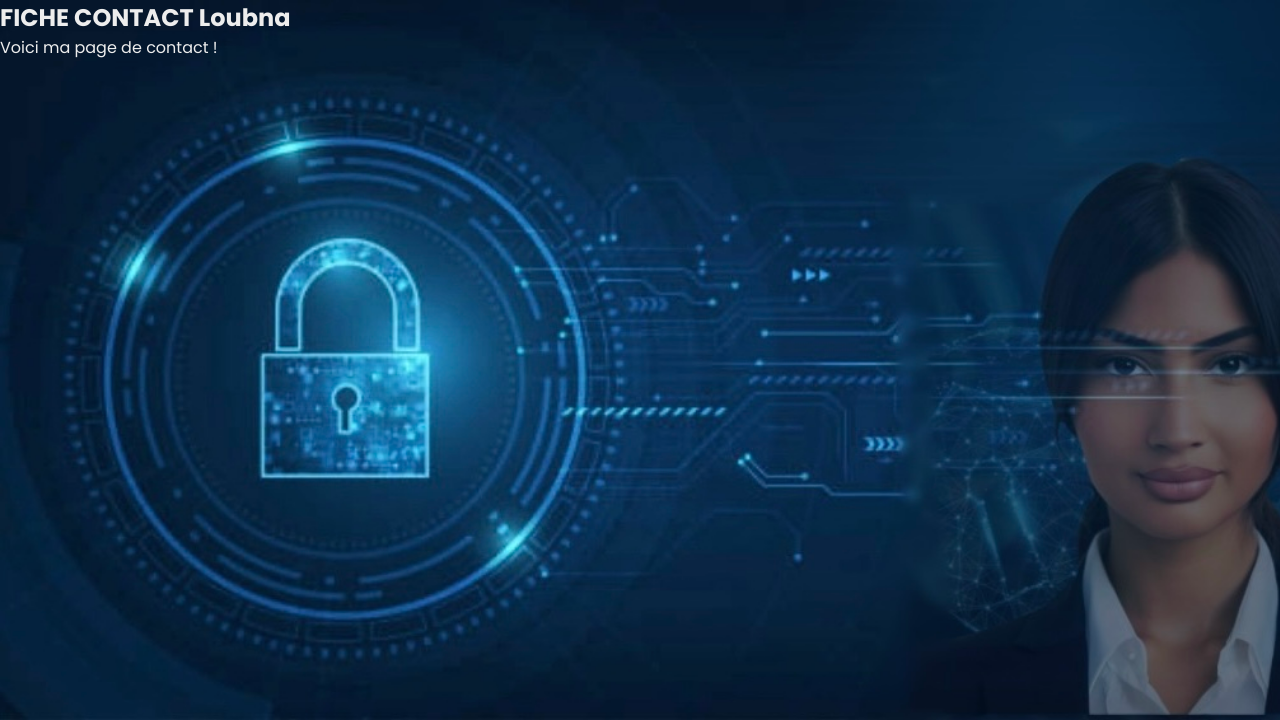
Repository: Loubna77290/Portfolio-de-Loubna
Page: contact.html
The author's editor kept a copy of each file at every save. The page is drawn from the files as they stood at one save, then again after the next save.
The browser window is 1280 px wide. The pictures show the whole page.

Above is the page before, as saved 2025-03-09 23:27:02.

### contact.html
<!DOCTYPE html>
<html lang="en">
<head>
    <meta charset="UTF-8">
    <meta name="viewport" content="width=device-width, initial-scale=1.0">
    <title>Fiche contact</title>
    <link rel="stylesheet" href="style.css">
</head>
<body>
    <section class="contact-background">
        <div class="contact-contenu">
        <h1>FICHE CONTACT Loubna</h1>
        <p>Voici ma page de contact !</p>
    </div>
    </section>

</body>
</html>

### style.css
@import url('https://fonts.googleapis.com/css2?family=Poppins:wght@300;400;500;600;700;800;900&display=swap');

* {
    margin: 0;
    padding: 0;
    box-sizing: border-box;
    font-family: 'Poppins', sans-serif;

}

body {
    background: #081b29;
    color: #ededed;

}

.header {
    position:fixed;
    top: 0;
    left:0;
    width: 100%;
    padding: 20px 10px;
    background: transparent;
    display: flex;
    justify-content: space-between;
    align-items: center;
    z-index: 100;
}


.logo {
    position: relative;
    margin-left: 30px;
    font-size: 25px;
    color: #ededed;
    text-decoration: none;
    font-weight: 600;

}

.logo::before {
    content: '';
    position: absolute;
    top: 0;
    right: 0;
    width: 100%;
    height: 100%;
    background: #081b29b6;
    animation: showRight 1s ease forwards;
    animation-delay: .4s;;
}

.navbar a {
    font-size: 18px;
    color: #ededed;
    text-decoration: none;
    font-weight: 500;
    margin-right: 60px;
    justify-content: flex-end;
    transition: .3s;

}

.navbar a:hover,
.navbar a.active {
    color: #00abf0;

}

.accueil {
    height: 100vh;
    background: url(./IMG_7408.jpg) no-repeat center center;
    background-size: cover;
    display: flex;
    align-items: center;
    padding: 0 10%;
}

.accueil-contenu {
    background: transparent;
    max-width: 600px;


    }

.accueil-contenu h2 {
    font-size: 45px;
    font-weight: 700;
    line-height: 1.2;
    white-space: nowrap;
}

.accueil-contenu h2::before {
    content: '';
    position: absolute;
    top: 0;
    right: 0;
    width: 100%;
    height: 100%;
    background: #081b29;
    animation: showRight 1s ease forwards;
    animation-delay: 1s;
}

.accueil-contenu h3 {
    font-size: 30px;
    font-weight: 600;
    color: #0ff;

}

.accueil-contenu p {
    font-size: 16px;
    margin: 20px  0 40px;
    line-height: 1.2;
}

.accueil-contenu .btn-box {
    position: relative;
    display: flex;
    justify-content: space-between;
    width: 380px;
    height: 60px;

}

.accueil-contenu .btn-box::before {
    content: '';
    position: absolute;
    top: 0;
    right: 0;
    width: 100%;
    height: 100%;
    background: #081b294d;
    animation: showRight 1s ease forwards;
    animation-delay: 1.9s;
    z-index: 2;
}

.btn-box a {
    position: relative;
    display: inline-flex;
    justify-content: center;
    align-items: center;
    width: 150px;
    height: 110%;
    background: #00abf0;
    border: 2px solid #00abf0;
    border-radius: 8px;
    font-size: 19px;
    color: #081b29;
    text-align: center;
    text-decoration: none;
    font-weight: 600;
    letter-spacing: 1px;
    z-index: 1;
    overflow: hidden;
    transition: .5s;
}

.btn-box a:hover {
    color: #00abf0;

}

.btn-box a:nth-child(2) {
    background: transparent;
    color:#00abf0
}

.btn-box a:nth-child(2):hover {
    color:#081b29;
}


.btn-box a:nth-child(2)::before {
    background: #00abf0;
    }

.btn-box a::before {
    content: '';
    position: absolute;
    top: 0;
    left: 0;
    width: 0;
    height: 100%;
    background: #081b29;
    z-index: -1;
    transition: .5s;
}

.btn-box a:hover::before {
    width: 100%;
    }

.home-sci {
    position: absolute;
    bottom: 1px;
    width: 150px;
    display: flex;
    justify-content: space-between;
}

.home-sci::before {
    content: '';
    position: absolute;
    top: 0;
    right: 0;
    width: 100%;
    height: 100%;
    background: #081b29;
    animation: showRight 1s ease forwards;
    animation-delay: 2.5s;
    z-index: 2;
}

.home-sci a {
    position: relative;
    display: inline-flex;
    justify-content: center;
    align-items: center;
    width: 40px;
    height: 40px;
    background: transparent;
    border: 2px solid #00abf0;
    border-radius: 50%;
    font-size: 20px;
    text-decoration: none;
    z-index: 1;
    overflow: hidden;
    transition: .5s;
    color: #00abf0;
}

.home-sci a:hover {
    color: #081b29;

}
.home-sci a::before {
    content: '';
    position: absolute;
    top: 0;
    left: 0;
    width: 0;
    height: 100%;
    background:#00abf0;
    transition: .5s;
    z-index: -1;
}

.home-sci a:hover::before {
    width: 100%;
}

/* KEYFRAMES ANIMATION */
@keyframes showRight {
    100% {
        width: 0;
    }
}

.contact-background  {
    background: url('/IMG_7408.jpg');
    height: 100vh;
    background-size: cover;
    display: flex;
}

After the next save:
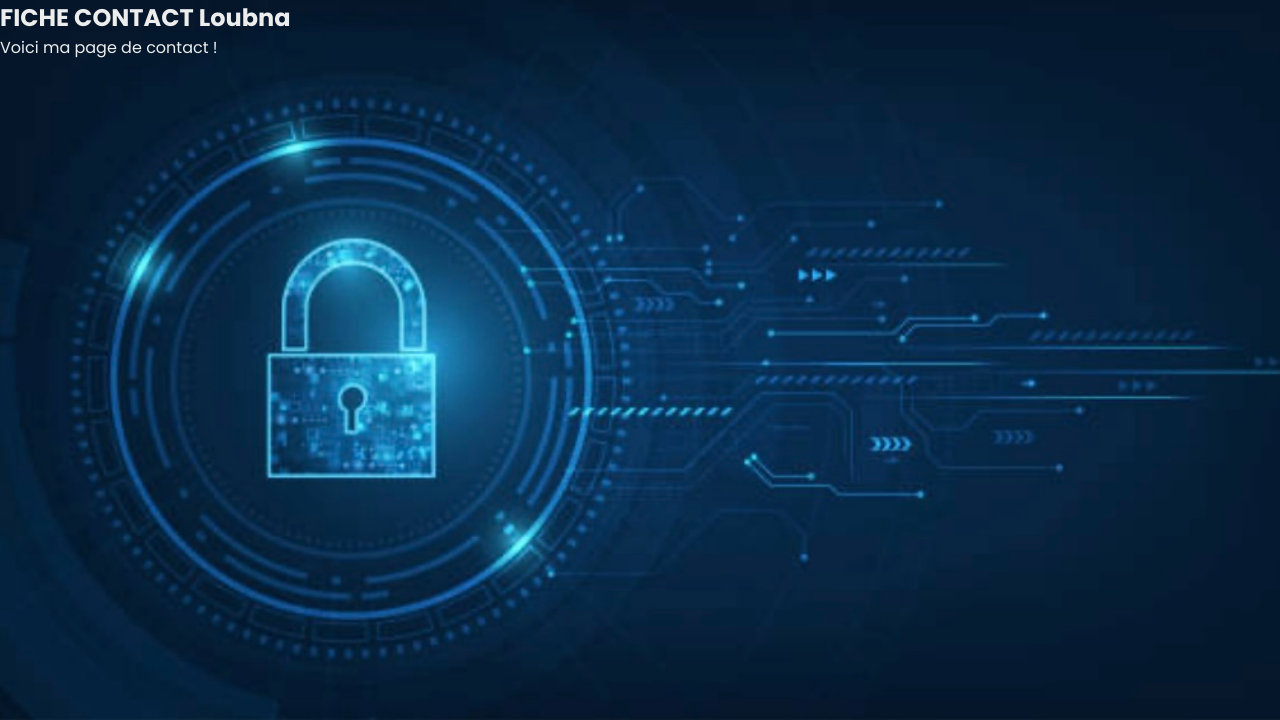
Saved 99 s later.
--- a/style.css
+++ b/style.css
@@ -260,7 +260,7 @@ body {
 }
 
 .contact-background  {
-    background: url('/IMG_7408.jpg');
+    background: url('/IMG_7400.jpg');
     height: 100vh;
     background-size: cover;
     display: flex;
